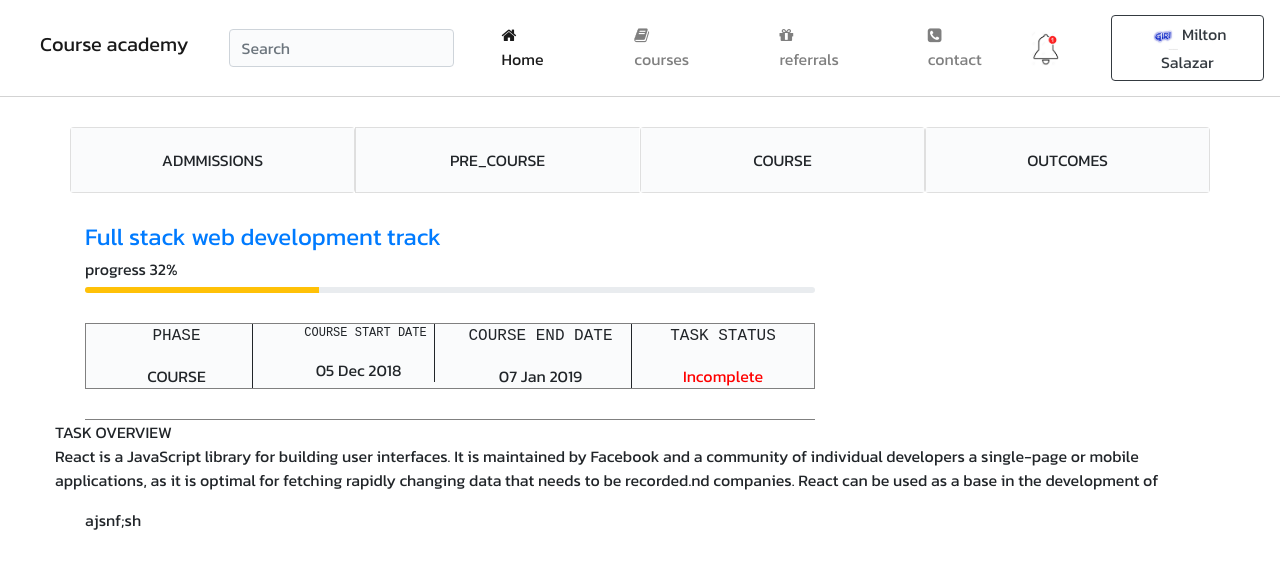
Repository: giribabu1997/html-layout
Page: task.html
An editor plug-in stored every save of this project. The page is shown before and after the next save, followed by the edit.
The browser window is 1280 px wide. The pictures show the whole page.
Some web fonts or font styles are not loaded; a fallback is used.

Above is the page before, as saved 2019-06-25 21:13:01.

After the next save:
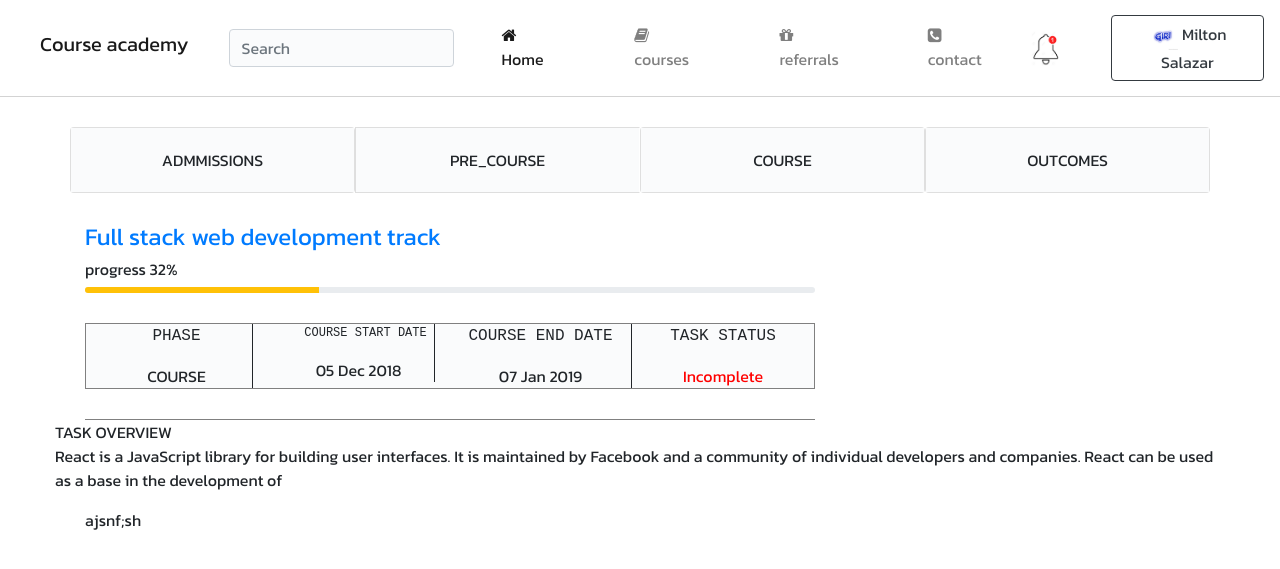
Saved 4 s later.
--- a/task.html
+++ b/task.html
@@ -146,8 +146,7 @@
             <div class="row">
                 <h>TASK OVERVIEW</h>
                 <p>React is a JavaScript library for building user interfaces. It is maintained by Facebook and a
-                    community of individual developers a single-page or mobile applications, as it is optimal for fetching rapidly changing data that needs
-                    to be recorded.nd companies. React can be used as a base in the development of
+                    community of individual developers and companies. React can be used as a base in the development of
 
                 </p>
             </div>
